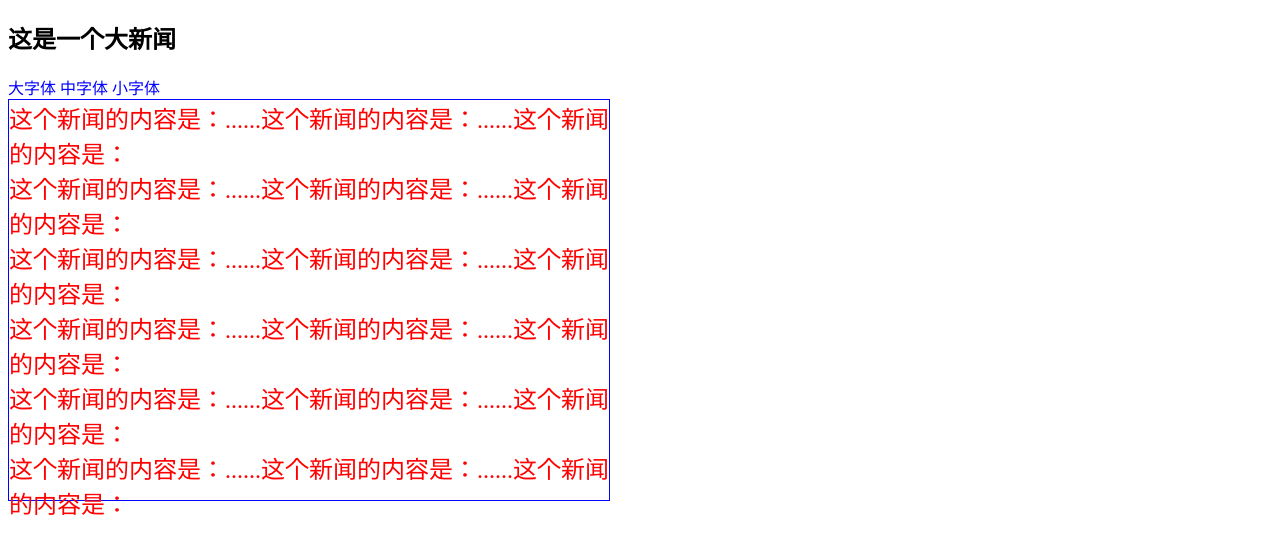
Repository: tangchengjingwen/javaLearningCode
Page: javaLearningCode/day31_html/demo_news.html
These files come from the project's save history. The page is drawn as it stood at one moment and after the next save; the edit follows.
The browser window is 1280 px wide. The pictures show the whole page.

Above is the page before, as saved 2012-05-15 07:17:42.

After the next save:
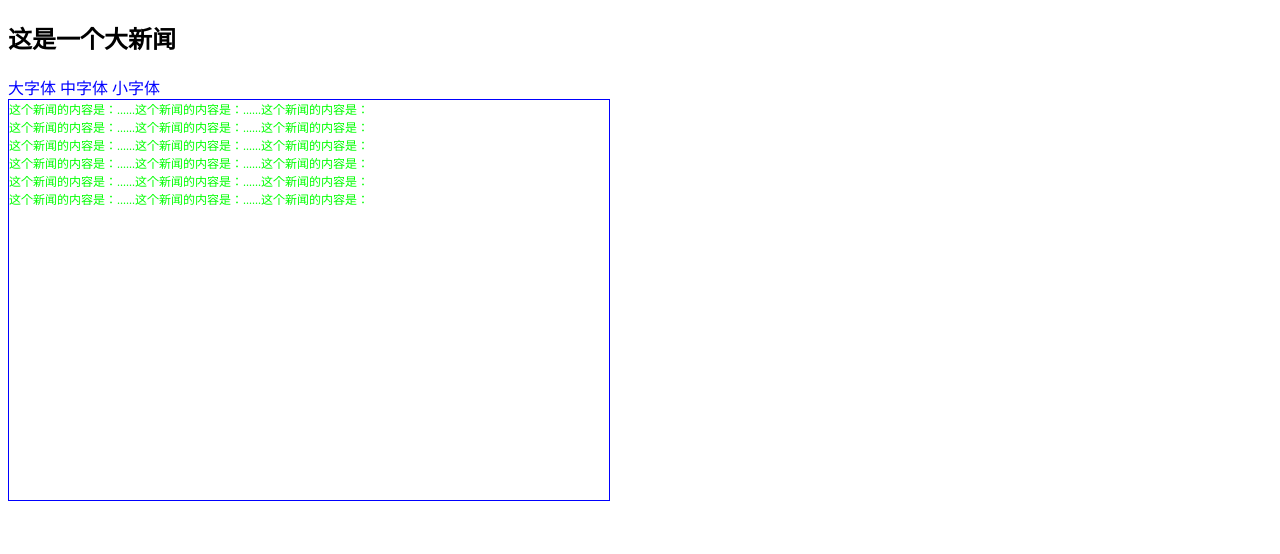
Saved 10 s later.
--- a/javaLearningCode/day31_html/demo_news.html
+++ b/javaLearningCode/day31_html/demo_news.html
@@ -52,7 +52,7 @@
 		<a href="javascript:void(0)" onclick="setFontSize('24px','#ff0000')">大字体</a>
 		<a href="javascript:void(0)" onclick="setFontSize('16px','#000000')">中字体</a>
 		<a href="javascript:void(0)" onclick="setFontSize('14px','#00ff00')">小字体</a>
-		<div id="newstext" class="max">
+		<div id="newstext" class="min">
 		这个新闻的内容是：......这个新闻的内容是：......这个新闻的内容是：<br/>
 		这个新闻的内容是：......这个新闻的内容是：......这个新闻的内容是：<br/>
 		这个新闻的内容是：......这个新闻的内容是：......这个新闻的内容是：<br/>
